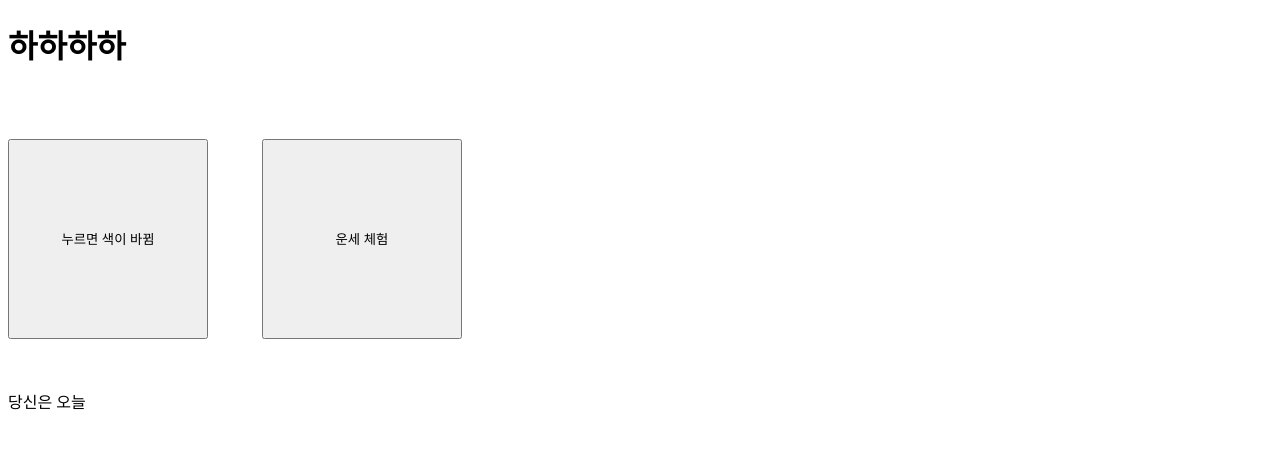
Repository: jun01270/F-E-practice
Page: index.html
The author's editor kept a copy of each file at every save. The page is drawn from the files as they stood at one save, then again after the next save.
The browser window is 1280 px wide. The pictures show the whole page.

Above is the page before, as saved 2022-12-12 19:59:48.

After the next save:
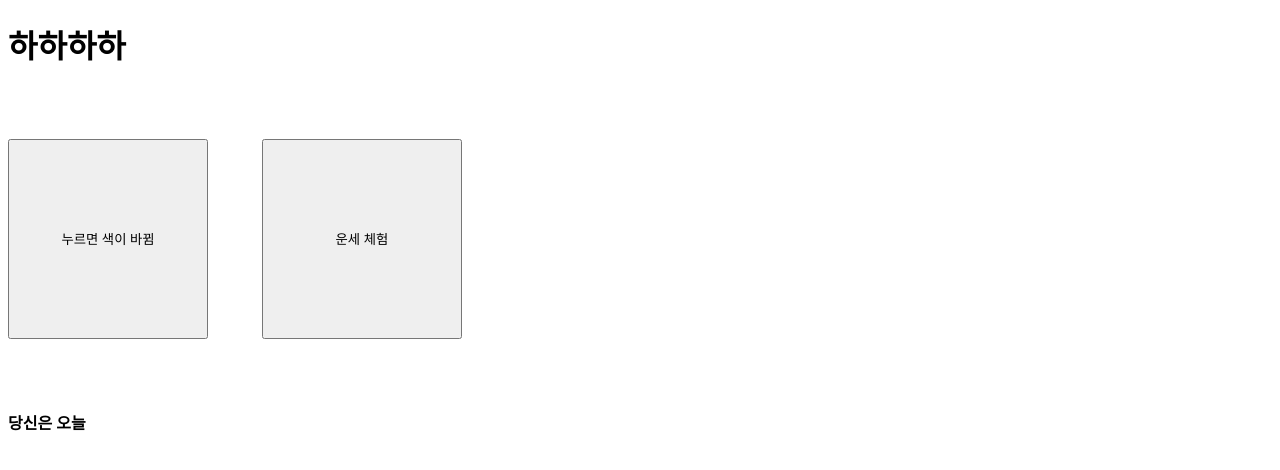
Saved 36 s later.
--- a/index.html
+++ b/index.html
@@ -13,7 +13,7 @@
       <button class="Boom">누르면 색이 바뀜</button>
       <button class="lucky">운세 체험</button>
     </div>
-    <div id="usersLuck">당신은 오늘</div>
+    <div id="usersLuck"><h4>당신은 오늘</h4></div>
     <script src="app.js"></script>
   </body>
 </html>
